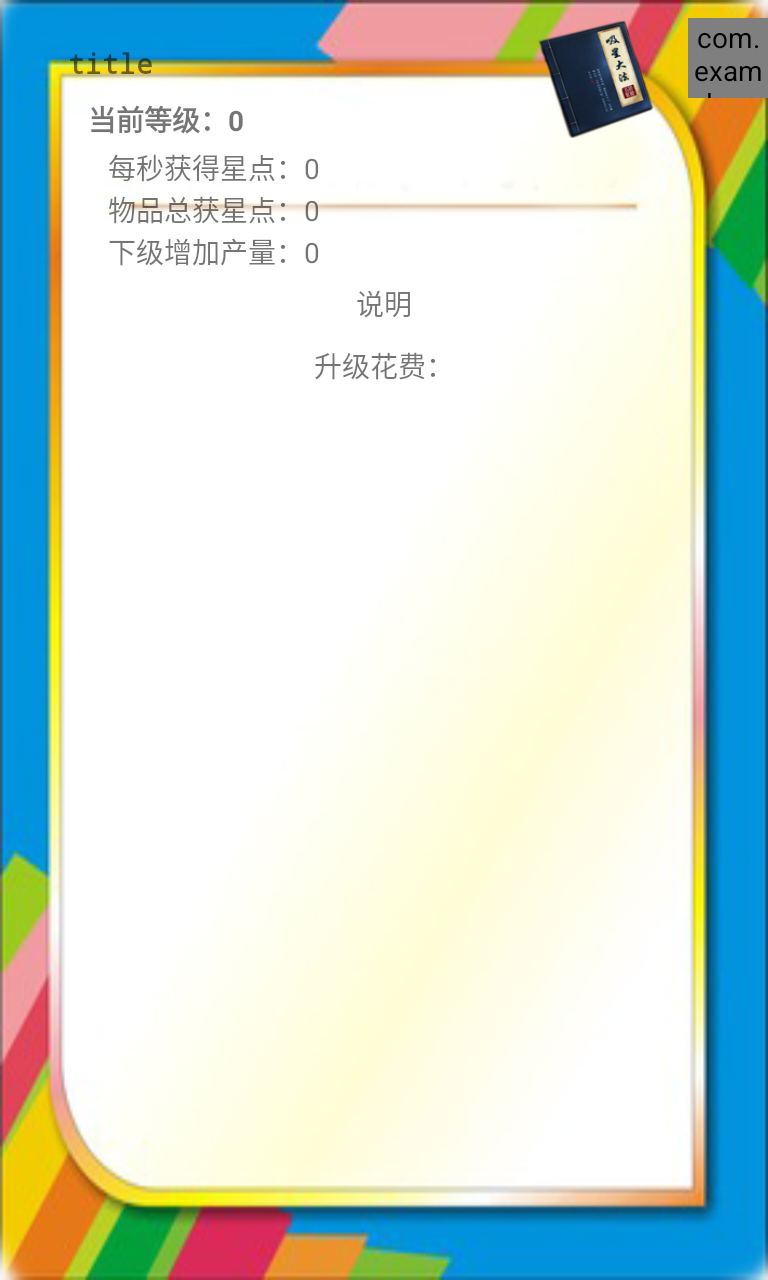
Repository: xianyun2014/StarPoint
Layout: game/res/layout/build_info_view.xml
The author's editor kept a copy of each file at every save. The layout is drawn from the files as they stood at one save, then again after the next save.
Pictures or frames that could not be fetched are drawn as grey boxes. It is drawn on a 768 x 1280 px phone screen (xhdpi) without system bars, with theme AppTheme; the app's code is not run.

Above is the layout before, as saved 2014-11-17 17:15:41.

### game/res/layout/build_info_view.xml
<RelativeLayout xmlns:android="http://schemas.android.com/apk/res/android"
    xmlns:android1="http://schemas.android.com/apk/res/android"
    android1:id="@+id/build_info"
    android1:layout_width="wrap_content"
    android1:layout_height="wrap_content"
    android1:layout_alignParentBottom="true"
    android1:layout_alignParentLeft="true"
    android1:layout_alignParentRight="true"
    android1:layout_alignParentTop="true"
    android1:layout_marginBottom="150dp"
    android1:layout_marginLeft="10dp"
    android1:layout_marginRight="10dp"
    android1:layout_marginTop="60dp" >

    <ImageView
        android1:id="@+id/imageView1"
        android1:layout_width="fill_parent"
        android1:layout_height="fill_parent"
        android1:layout_alignParentBottom="true"
        android1:layout_alignParentLeft="true"
        android1:layout_alignParentTop="true"
        android1:scaleType="fitXY"
        android1:src="@drawable/info_build" />

    <TextView
        android1:id="@+id/build_title"
        android1:layout_width="wrap_content"
        android1:layout_height="wrap_content"
        android1:layout_alignParentLeft="true"
        android1:layout_alignParentTop="true"
        android1:layout_below="@layout/build_info_view"
        android1:layout_marginLeft="34dp"
        android1:layout_marginTop="22dp"
        android1:text="title"
        android1:textStyle="bold"
        android1:typeface="monospace" />

    <TableLayout
        android1:id="@+id/TableLayout1"
        android1:layout_width="wrap_content"
        android1:layout_height="wrap_content"
        android1:layout_alignLeft="@+id/build_title"
        android1:layout_below="@+id/textcurlevel"
        android1:layout_marginLeft="20dp"
        android1:layout_marginTop="3dp" >

        <TableRow
            android1:id="@+id/tableRow1"
            android1:layout_width="wrap_content"
            android1:layout_height="wrap_content" >

            <TextView
                android1:id="@+id/textView1"
                android1:layout_width="wrap_content"
                android1:layout_height="wrap_content"
                android1:text="每秒获得星点：" />

            <TextView
                android1:id="@+id/txt_yield_sec"
                android1:layout_width="wrap_content"
                android1:layout_height="wrap_content"
                android1:text="0" />

        </TableRow>

        <TableRow
            android1:id="@+id/tableRow2"
            android1:layout_width="wrap_content"
            android1:layout_height="wrap_content" >

            <TextView
                android1:id="@+id/textView3"
                android1:layout_width="wrap_content"
                android1:layout_height="wrap_content"
                android1:text="物品总获星点：" />

            <TextView
                android1:id="@+id/txt_yield_total"
                android1:layout_width="wrap_content"
                android1:layout_height="wrap_content"
                android1:text="0" />

        </TableRow>

        <TableRow
            android1:id="@+id/tableRow3"
            android1:layout_width="wrap_content"
            android1:layout_height="wrap_content" >

            <TextView
                android1:id="@+id/textView5"
                android1:layout_width="wrap_content"
                android1:layout_height="wrap_content"
                android1:text="下级增加产量：" />

            <TextView
                android1:id="@+id/txt_next_add"
                android1:layout_width="wrap_content"
                android1:layout_height="wrap_content"
                android1:text="0" />
        </TableRow>
    </TableLayout>

    <TextView
        android1:id="@+id/textcurlevel"
        android1:layout_width="wrap_content"
        android1:layout_height="wrap_content"
        android1:layout_alignLeft="@id/build_title"
        android1:layout_below="@+id/build_title"
        android1:layout_marginLeft="10dp"
        android1:layout_marginTop="8dp"
        android1:text="当前等级："
        android1:textStyle="bold" />

    <TextView
        android1:id="@+id/txt_Level"
        android1:layout_width="wrap_content"
        android1:layout_height="wrap_content"
        android1:layout_alignBaseline="@+id/textcurlevel"
        android1:layout_alignBottom="@+id/textcurlevel"
        android1:layout_toRightOf="@+id/textcurlevel"
        android1:text="0"
        android1:textStyle="bold" />

    <TextView
        android1:id="@+id/txt_info"
        android1:layout_width="wrap_content"
        android1:layout_height="wrap_content"
        android1:layout_below="@+id/TableLayout1"
        android1:layout_centerHorizontal="true"
        android1:layout_marginTop="5dp"
        android1:text="说明" />

    <ImageView
        android1:id="@+id/imageView2"
        android1:layout_width="60dp"
        android1:layout_height="60dp"
        android1:layout_alignRight="@+id/imageView1"
        android1:layout_alignTop="@+id/imageView1"
        android1:layout_marginRight="56dp"
        android1:layout_marginTop="9dp"
        android1:scaleType="fitXY"
        android1:src="@drawable/jz_xzdf" />

    <TextView
        android1:id="@+id/txt_cost"
        android1:layout_width="wrap_content"
        android1:layout_height="wrap_content"
        android1:layout_below="@+id/txt_info"
        android1:layout_centerHorizontal="true"
        android1:layout_marginTop="10dp"
        android1:text="升级花费：" />

    <com.example.game.BuildButtonView
        android1:id="@+id/buildButtonView1"
        android1:layout_width="40dp"
        android1:layout_height="40dp"
        android1:layout_alignParentRight="true"
        android1:layout_alignTop="@+id/imageView2"
        android1:scaleType="fitXY"
        android1:src="@drawable/close" />

</RelativeLayout>

Loaded but not shown: game/res/values/styles.xml (common file); game/res/values-v11/styles.xml (common file); game/res/values-v14/styles.xml (common file)

After the next save:
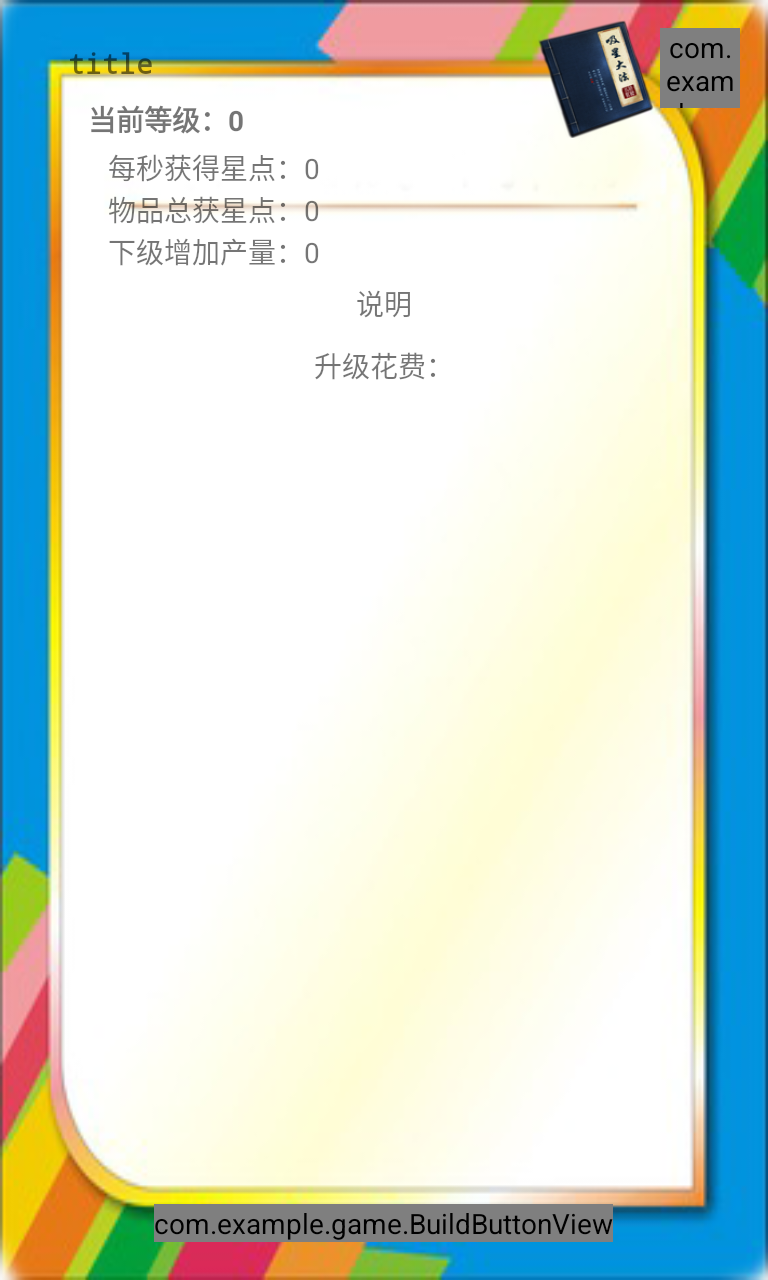
Saved 84 s later.
--- a/game/res/layout/build_info_view.xml
+++ b/game/res/layout/build_info_view.xml
@@ -152,12 +152,24 @@
         android1:text="升级花费：" />
 
     <com.example.game.BuildButtonView
-        android1:id="@+id/buildButtonView1"
+        android1:id="@+id/close"
         android1:layout_width="40dp"
         android1:layout_height="40dp"
         android1:layout_alignParentRight="true"
+        android1:layout_alignParentTop="true"
         android1:layout_alignTop="@+id/imageView2"
+        android1:layout_marginRight="14dp"
+        android1:layout_marginTop="14dp"
         android1:scaleType="fitXY"
         android1:src="@drawable/close" />
 
+    <com.example.game.BuildButtonView
+        android1:id="@+id/buildButtonView1"
+        android1:layout_width="wrap_content"
+        android1:layout_height="wrap_content"
+        android1:layout_alignParentBottom="true"
+        android1:layout_centerHorizontal="true"
+        android1:layout_marginBottom="19dp"
+        android1:src="@drawable/updata" />
+
 </RelativeLayout>
